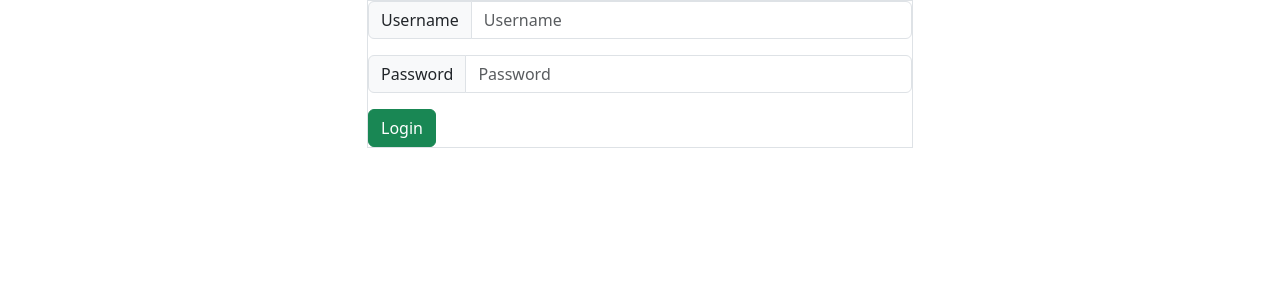
Repository: FrancescoGiordano23/WebappKebab
Page: http://localhost/EsercizioKebab/
An editor plug-in stored every save of this project. The page is shown before and after the next save, followed by the edit.
The browser window is 1280 px wide. The pictures show the whole page.
The page is served by Tomcat 10. Other server files are loaded and not shown.

Above is the page before, as saved 2024-08-02 12:29:23.

### EsercizioKebab/src/main/webapp/login.jsp
<%@ page language="java" contentType="text/html; charset=UTF-8"
	pageEncoding="UTF-8"%>
<!DOCTYPE html>
<html>
<head>
<meta charset="UTF-8">
<title>Insert title here</title>
<link
	href="https://cdn.jsdelivr.net/npm/bootstrap@5.3.3/dist/css/bootstrap.min.css"
	rel="stylesheet"
	integrity="sha384-QWTKZyjpPEjISv5WaRU9OFeRpok6YctnYmDr5pNlyT2bRjXh0JMhjY6hW+ALEwIH"
	crossorigin="anonymous">
<script
	src="https://cdn.jsdelivr.net/npm/bootstrap@5.3.3/dist/js/bootstrap.bundle.min.js"
	integrity="sha384-YvpcrYf0tY3lHB60NNkmXc5s9fDVZLESaAA55NDzOxhy9GkcIdslK1eN7N6jIeHz"
	crossorigin="anonymous"></script>
</head>
<body>
	<div class="container">
		<div class="row">
			<!-- LEFT -->
			<div class="col-3"></div>

			<!-- CENTER -->

			<div class="col-6">
				<div class="border align-middle">
					<form action="LoginServlet" method="post">
						<div class="input-group mb-3">
							<span class="input-group-text" id="basic-addon-username">Username</span>
							<input type="text" class="form-control" placeholder="Username"
								aria-label="Username" aria-describedby="basic-addon-username"
								name="username">
						</div>

						<div class="input-group mb-3">
							<span class="input-group-text" id="basic-addon-password">Password</span>
							<input type="password" class="form-control"
								placeholder="Password" aria-label="Password"
								aria-describedby="basic-addon-password" name="password">
						</div>

						<button class="btn btn-success" type="submit">Login</button>

					</form>
				</div>
			</div>


			<!-- RIGHT -->
			<div class="col-3"></div>
		</div>
	</div>
</body>
</html>

### EsercizioKebab/src/main/java/com/advancia/servlet/InitializeServlet.java
package com.advancia.servlet;

import java.io.IOException;
import jakarta.servlet.ServletException;
import jakarta.servlet.http.HttpServlet;
import jakarta.servlet.http.HttpServletRequest;
import jakarta.servlet.http.HttpServletResponse;

/**
 * Servlet implementation class InitializeServlet
 */
public class InitializeServlet extends HttpServlet {
	private static final long serialVersionUID = 1L;

    public InitializeServlet() {

    }


	protected void doGet(HttpServletRequest request, HttpServletResponse response) throws ServletException, IOException {

		request.getSession().setAttribute("User", null);
		request.getRequestDispatcher("login.jsp").forward(request, response);
	}


	protected void doPost(HttpServletRequest request, HttpServletResponse response) throws ServletException, IOException {
				doGet(request, response);
	}

}

After the next save:
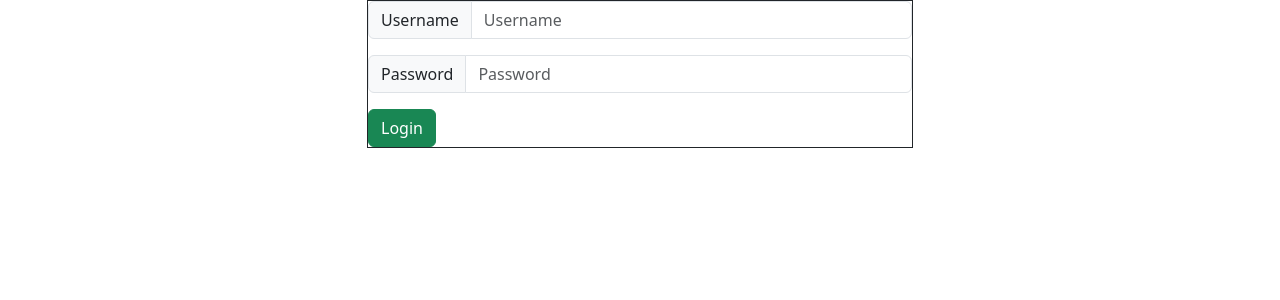
Saved 19 s later.
--- a/EsercizioKebab/src/main/webapp/login.jsp
+++ b/EsercizioKebab/src/main/webapp/login.jsp
@@ -24,7 +24,7 @@
 			<!-- CENTER -->
 
 			<div class="col-6">
-				<div class="border align-middle">
+				<div class="border border-dark align-middle">
 					<form action="LoginServlet" method="post">
 						<div class="input-group mb-3">
 							<span class="input-group-text" id="basic-addon-username">Username</span>
